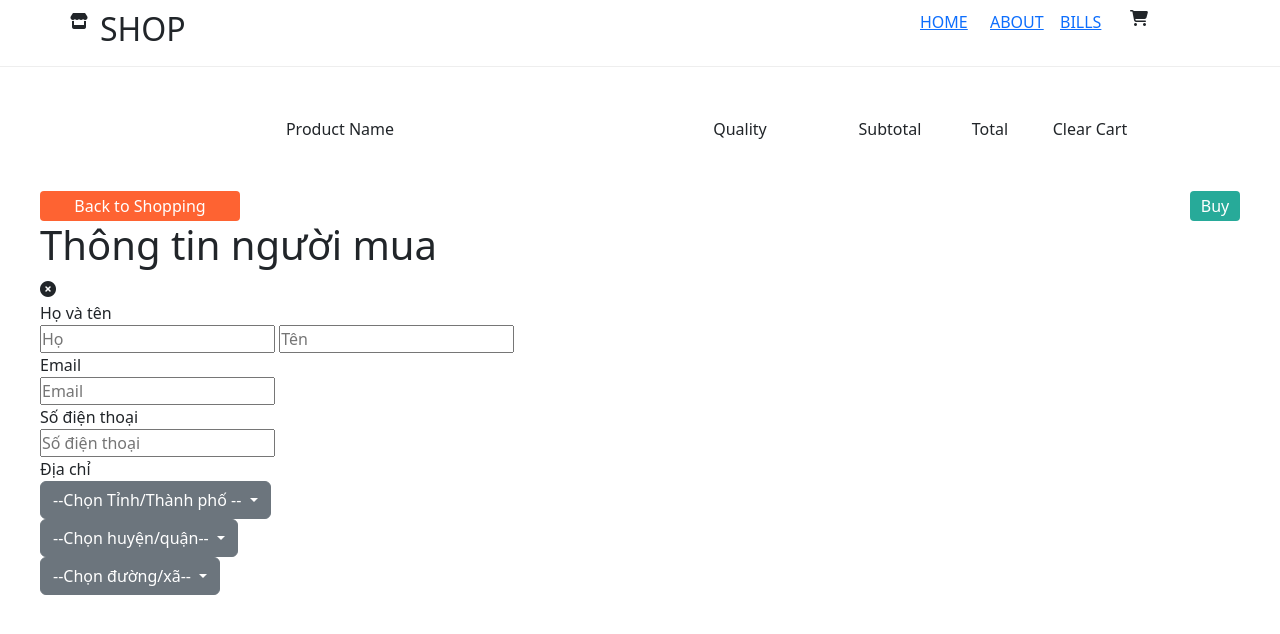
Repository: nguyenhaidang212/danh-sach-ban-hang
Page: index.html
An editor plug-in stored every save of this project. The page is shown before and after the next save, followed by the edit.
The browser window is 1280 px wide. The pictures show the whole page.
Some web libraries are served in a nearby version.

Above is the page before, as saved 2023-02-10 14:38:47.

### index.html
<!DOCTYPE html>
<html lang="en">
  <head>
    <meta charset="UTF-8" />
    <meta http-equiv="X-UA-Compatible" content="IE=edge" />
    <meta name="viewport" content="width=device-width, initial-scale=1.0" />
    <title>Danh sach ban hang</title>
    <link rel="stylesheet" href="style.css" />
    <script
      src="https://kit.fontawesome.com/2568d54abe.js"
      crossorigin="anonymous"
    ></script>
    <link
      href="https://cdn.jsdelivr.net/npm/bootstrap@5.3.0-alpha1/dist/css/bootstrap.min.css"
      rel="stylesheet"
      integrity="sha384-GLhlTQ8iRABdZLl6O3oVMWSktQOp6b7In1Zl3/Jr59b6EGGoI1aFkw7cmDA6j6gD"
      crossorigin="anonymous"
    />
    <script
      src="https://cdn.jsdelivr.net/npm/bootstrap@5.3.0-alpha1/dist/js/bootstrap.bundle.min.js"
      integrity="sha384-w76AqPfDkMBDXo30jS1Sgez6pr3x5MlQ1ZAGC+nuZB+EYdgRZgiwxhTBTkF7CXvN"
      crossorigin="anonymous"
    ></script>
  </head>
  <body>
    <header>
      <div class="header-title">
        <i class="fas fa-store header-icon-title"></i>
        <h2>SHOP</h2>
      </div>
      <div class="header-menu">
        <div class="header-menu-home">
          <a href="">HOME</a>
        </div>
        <div class="header-menu-about">
          <a href="">ABOUT</a>
        </div>
        <div class="header-menu-bill">
          <a href="">BILLS</a>
        </div>
        <i class="fas fa-shopping-cart buy_display"></i>
      </div>
    </header>

    <!-- Trang giao dien -->
    <main class="main_menu" style="display: none">
      <div class="list"></div>
    </main>
    <!-- Trang danh sach -->
    <main class="main_buy">
      <div class="title">
        <span>Product Name</span><span>Quality</span><span>Subtotal</span
        ><span>Total</span><span>Clear Cart</span>
      </div>
      <div class="buy">
        <button id="back">Back to Shopping</button>
        <button id="buy">Buy</button>
      </div>

      <!-- Trang thanh toan -->
      <div class="buy_form">
        <div class="form_title">
          <h1>Thông tin người mua</h1>
          <i class="fa-solid fa-circle-xmark"></i>
        </div>
        <div class="form_content">
          <div class="form_grid">
            <div id="name">Họ và tên</div>
            <input type="text" placeholder="Họ" />
            <input type="text" placeholder="Tên" />
            <div id="email">Email</div>
            <input type="text" placeholder="Email" />
            <div id="phone">Số điện thoại</div>
            <input type="text" placeholder="Số điện thoại" />
            <div id="address">Địa chỉ</div>
            <div class="dropdown">
              <button
                class="btn btn-secondary dropdown-toggle"
                type="button"
                data-bs-toggle="dropdown"
                aria-expanded="false"
              >
                --Chọn Tỉnh/Thành phố --
              </button>
              <ul class="dropdown-menu">
                <li><a class="dropdown-item" href="#">Action</a></li>
                <li><a class="dropdown-item" href="#">Another action</a></li>
                <li>
                  <a class="dropdown-item" href="#">Something else here</a>
                </li>
              </ul>
            </div>
            <div class="dropdown">
              <button
                class="btn btn-secondary dropdown-toggle"
                type="button"
                data-bs-toggle="dropdown"
                aria-expanded="false"
              >
                --Chọn huyện/quận--
              </button>
              <ul class="dropdown-menu">
                <li><a class="dropdown-item" href="#">Action</a></li>
                <li><a class="dropdown-item" href="#">Another action</a></li>
                <li>
                  <a class="dropdown-item" href="#">Something else here</a>
                </li>
              </ul>
            </div>
            <div class="dropdown">
              <button
                class="btn btn-secondary dropdown-toggle"
                type="button"
                data-bs-toggle="dropdown"
                aria-expanded="false"
              >
                --Chọn đường/xã--
              </button>
              <ul class="dropdown-menu">
                <li><a class="dropdown-item" href="#">Action</a></li>
                <li><a class="dropdown-item" href="#">Another action</a></li>
                <li>
                  <a class="dropdown-item" href="#">Something else here</a>
                </li>
              </ul>
            </div>
          </div>
        </div>
      </div>
    </main>
    <script src="main.js"></script>
  </body>
</html>
<!-- <div class="list_buy">
  <div class="buy-name">${e.name}</div>
  <div class="buy-quality">
    <i class="fa-solid fa-minus plus-icon"></i>
    ${e.quality}
    <i class="fa-solid fa-plus minus-icon"></i>
  </div>
  <div class="buy-price">${e.gia}</div>
  <div class="buy-sum">${e.id}</div>
  <div><i class="fa-solid fa-circle-xmark buy-del"></i></div>
</div> -->

### style.css
* {
  padding: 0;
  margin: 0;
  box-sizing: border-box;
}
.form {
  display: inline-grid;
  grid-template-columns: 150px 150px 150px 150px;
  column-gap: 20px;
  row-gap: 20px;
  text-align: center;
  margin-bottom: 20px;
}
header {
  display: flex;
  border-bottom: 1px solid #eee;
  width: 100%;
  padding: 10px 100px 10px;
  justify-content: space-between;
}
.header-title {
  display: flex;
}
h2 {
  font-size: 20px;
}
.header-icon-title {
  position: absolute;
  left: 70px;
  top: 13px;
}
.header-menu {
  display: grid;
  grid-template-columns: 50px 50px 50px 50px;
  column-gap: 20px;
}
a {
  text-decoration: none;
  color: black;
}
main {
  width: 1200px;
  margin: 50px auto;
}
.list {
  display: grid;
  margin: 0 225px;
  grid-template-columns: 180px 180px 180px 180px;
  column-gap: 10px;
  row-gap: 20px;
  text-align: center;
}
.item {
  border: 2px solid #eee;
  position: relative;
}
.item-imgs {
  width: 100%;
  height: 180px;
  display: flex;
  justify-content: center;
  align-items: center;
  margin-bottom: 8px;
  overflow: hidden;
}
.item-img {
  text-align: center;
  width: 100%;
}
.item-title {
  font-size: 20px;
  font-weight: 600;
}
.item-info {
  display: flex;
  justify-content: space-between;
  margin: 5px;
  padding: 0 10px;
  font-size: 12px;
}
.item-icon {
  position: absolute;
  border-radius: 50%;
  width: 30px;
  height: 30px;
  line-height: 30px;
  bottom: 36px;
  right: -4px;
}
.item-add {
  color: #fe6332;
  cursor: pointer;
}
.buy_display {
  cursor: pointer;
}
#back {
  background-color: #fe6332;
  color: white;
  border-radius: 4px;
  width: 200px;
  height: 30px;
  border: none;
  cursor: pointer;
}
#buy {
  background-color: #27aa99;
  color: white;
  border-radius: 4px;
  width: 50px;
  height: 30px;
  border: none;
  cursor: pointer;
}
.title {
  display: grid;
  grid-template-columns: 600px 200px 100px 100px 100px;
  text-align: center;
  margin-bottom: 20px;
}
.list_buy {
  display: flex;
  text-align: center;
  margin-bottom: 12px;
  max-height: 400px;
}
.buy-name {
  width: 600px;
}
.buy-quality {
  width: 200px;
}
.buy-price,
.buy-del,
.buy-sum {
  width: 100px;
}
.buy {
  margin: auto;
  display: flex;
  justify-content: space-between;
  margin-top: 50px;
}
.buy-del {
  color: red;
  cursor: pointer;
}
.plus-icon,
.minus-icon {
  margin: 0 24px;
  cursor: pointer;
  border: 1px solid #eee;
  padding: 4px;
  border-radius: 50%;
}
.plus-icon:hover {
  background-color: #fe6332;
}
.minus-icon:hover {
  background-color: #27aa99;
}

### main.js
const listData = [
  {
    id: 1,
    name: "Quần áo nam",
    so_luong: 100,
    gia: 100,
    src: "https://znews-photo.zadn.vn/w660/Uploaded/ycgmvjvj/2018_03_31/1.jpg",
    quality: 1,
  },
  {
    id: 2,
    name: "Điện thoại",
    so_luong: 200,
    gia: 500,
    src: "https://cdn2.cellphones.com.vn/358x358,webp,q100/media/catalog/product/t/_/t_m_12.png",
    quality: 1,
  },
  {
    id: 3,
    name: "Macbook",
    so_luong: 300,
    gia: 1000,
    src: "https://cdn.tgdd.vn/Products/Images/44/231244/macbook-air-m1-2020-gold-600x600.jpg",
    quality: 1,
  },
  {
    id: 4,
    name: "Máy ảnh",
    so_luong: 400,
    gia: 1200,
    src: "https://www.nguyenkim.com/images/detailed/644/10036326-may-anh-canon-eos-3000d-kit-ef-s-18-55mm-den-1.jpg",
    quality: 1,
  },
  {
    id: 5,
    name: "Đồng hồ",
    so_luong: 500,
    gia: 1400,
    src: "https://cdn1.viettelstore.vn/images/Product/ProductImage/medium/Apple_Watch_SE-Cell-44mm-star1.jpg",
    quality: 1,
  },
  {
    id: 6,
    name: "Giày nam",
    so_luong: 600,
    gia: 1500,
    src: "https://cdn.elly.vn/uploads/2019/08/13121739/giay-nam-cao-cap-da-that-ELLY-EGTM2-5.jpg",
    quality: 1,
  },
  {
    id: 7,
    name: "Tủ lạnh",
    so_luong: 700,
    gia: 1600,
    src: "https://cdn.tgdd.vn/Products/Images/1943/284851/tu-lanh-aqua-inverter-456-lit-aqr-m525xa-fb-600x600.jpg",
    quality: 1,
  },
  {
    id: 8,
    name: "Điều hòa",
    so_luong: 800,
    gia: 1700,
    src: "https://hangdienmaygiare.com/images/products/2020/02/22/large/dieu-hoa-1-chieu-panasonic-n9wkh-8m_1582358300.jpg",
    quality: 1,
  },
  {
    id: 9,
    name: "Máy giặt",
    so_luong: 1000,
    gia: 2000,
    src: "https://hangdienmaygiare.com/images/products/2019/09/03/large/may-giat-electrolux-ewf1042bdwa-10-kg-inverter.jpg",
    quality: 1,
  },
  {
    id: 10,
    name: "Váy đầm nữ",
    so_luong: 2000,
    gia: 300,
    src: "https://luzy.vn/wp-content/uploads/2020/05/LZD10951-18.jpg",
    quality: 1,
  },
  {
    id: 11,
    name: "Mắt kính",
    so_luong: 2100,
    gia: 400,
    src: "https://vn-test-11.slatic.net/p/5e0af4609b84659f759982ac0146f184.jpg_800x800q100.jpg_600x600Q100.jpg",
    quality: 1,
  },
  {
    id: 12,
    name: "Thắt lưng da",
    so_luong: 200,
    gia: 200,
    src: "https://hoianleather.com/wp-content/uploads/2021/04/That-lung-da-bo-that-danh-cho-nam-2.jpg",
    quality: 1,
  },
];
const keyLocalStorageListSP = "DANHSACHSP";
const keyLocalStorageItemCart = "DANHSACHITEMCART";
const listItem = document.querySelector(".list");
const $ = document.body;

localStorage.setItem(keyLocalStorageListSP, JSON.stringify(listData));
const item = JSON.parse(localStorage.getItem(keyLocalStorageListSP));
item.forEach((value) => {
  const template = `<div class="item">
  <div class="item-imgs">
    <img src="${value.src}" alt="" class="item-img"/>
  </div>
  <div class="item-icon"><i class="fa-solid fa-cart-plus item-add"></i></div>
  <div class="item-title">${value.name}</div>
  <div class="item-info">
    <div class="item-price">Giá: ${value.gia}</div>
    <div class="item-quality">Số lượng: ${value.so_luong}</div>
  </div>
</div>`;
  listItem.insertAdjacentHTML("beforeend", template);
});
const itemAdd = document.querySelectorAll(".item-add");
const arrayItemAdd = [];
const mainMenu = document.querySelector(".main_menu");
const mainBuy = document.querySelector(".main_buy");
const buyDiplay = document.querySelector(".buy");
const delItem = document.querySelector(".buy-del");
$.addEventListener("click", (e) => {
  //-----Chuyen trang-----
  if (e.target.matches(".buy_display")) {
    const listItem = JSON.parse(localStorage.getItem(keyLocalStorageItemCart));
    mainMenu.style.display = "none";
    mainBuy.style.display = "block";
    displayItem(listItem);
  }
  if (e.target.matches("#back")) {
    mainMenu.style.display = "block";
    mainBuy.style.display = "none";
    const back = document.querySelector("#back");
    document.querySelectorAll(".list_buy").forEach((e) => {
      e.remove();
    });
  }
  if (e.target.matches("#buy")) {
    // $.style.display = "none";
  }
  //-----Add Item-----
  if (e.target.matches(".item-add")) {
    addItem(e.target);
  }
  //-----Del Item-----
  if (e.target.matches(".buy-del")) {
    const itemDelName =
      e.target.parentNode.previousElementSibling.previousElementSibling
        .previousElementSibling.previousElementSibling;
    delItemBuy(itemDelName);
  }
  //-----Increase/Decrease Item----
  if (e.target.matches(".plus-icon")) {
    const listItem = JSON.parse(localStorage.getItem(keyLocalStorageItemCart));
    listItem.forEach((value) => {
      if (
        value.name == e.target.parentNode.previousElementSibling.textContent
      ) {
        value.soluong++;
      }
    });
    localStorage.setItem(keyLocalStorageItemCart, JSON.stringify(listItem));
    console.log(listItem);
    const listBuy = document.querySelectorAll(".list_buy");
    listBuy.forEach((e) => {
      e.remove();
    });
    displayItem(listItem);
  }
  if (e.target.matches(".minus-icon")) {
    const listItem = JSON.parse(localStorage.getItem(keyLocalStorageItemCart));
    listItem.forEach((value, i) => {
      if (
        value.name == e.target.parentNode.previousElementSibling.textContent
      ) {
        value.soluong--;
        if (value.soluong == 0) {
          listItem.splice(i, 1);
        }
      }
    });
    console.log(listItem);
    localStorage.setItem(keyLocalStorageItemCart, JSON.stringify(listItem));
    const listBuy = document.querySelectorAll(".list_buy");
    listBuy.forEach((e) => {
      e.remove();
    });
    displayItem(listItem);
  }
});

// // -----Them san pham-----
function addItem(value) {
  item.forEach((e) => {
    if (e.name == value.parentNode.nextElementSibling.textContent) {
      const object = {
        id: e.id,
        soluong: e.quality,
        name: e.name,
        price: e.gia,
      };
      arrayItemAdd.forEach((e, i) => {
        if (object.id == e.id) {
          object.soluong = e.soluong + 1;
          arrayItemAdd.splice(i, 1);
        }
      });
      arrayItemAdd.push(object);
    }
  });
  localStorage.setItem(keyLocalStorageItemCart, JSON.stringify(arrayItemAdd));
}

// //-----Hien thi san pham da mua-----
function displayItem(arr) {
  arr.forEach((e) => {
    item.forEach((value) => {
      if (value.id == e.id) {
        const price = Number(e.price) * Number(e.soluong);
        buyDiplay.insertAdjacentHTML(
          "beforebegin",
          `<div class="list_buy">
        <div class="buy-name">${value.name}</div>
        <div class="buy-quality">
        <i class="fa-solid fa-minus minus-icon"></i>
        ${e.soluong}
        <i class="fa-solid fa-plus plus-icon"></i>
        </div>
        <div class="buy-price">${value.gia}</div>
        <div class="buy-sum">${price}</div>
        <div><i class="fa-solid fa-circle-xmark buy-del"></i></div>
      </div>`
        );
      }
    });
  });
}

// //-----Xoa san pham-----
function delItemBuy(name) {
  name.parentNode.remove();
  arrayItemAdd.forEach((e, i) => {
    if (e.name == name.textContent) {
      arrayItemAdd.splice(i, 1);
    }
  });
  localStorage.setItem(keyLocalStorageItemCart, JSON.stringify(arrayItemAdd));
}
// localStorage.clear();

After the next save:
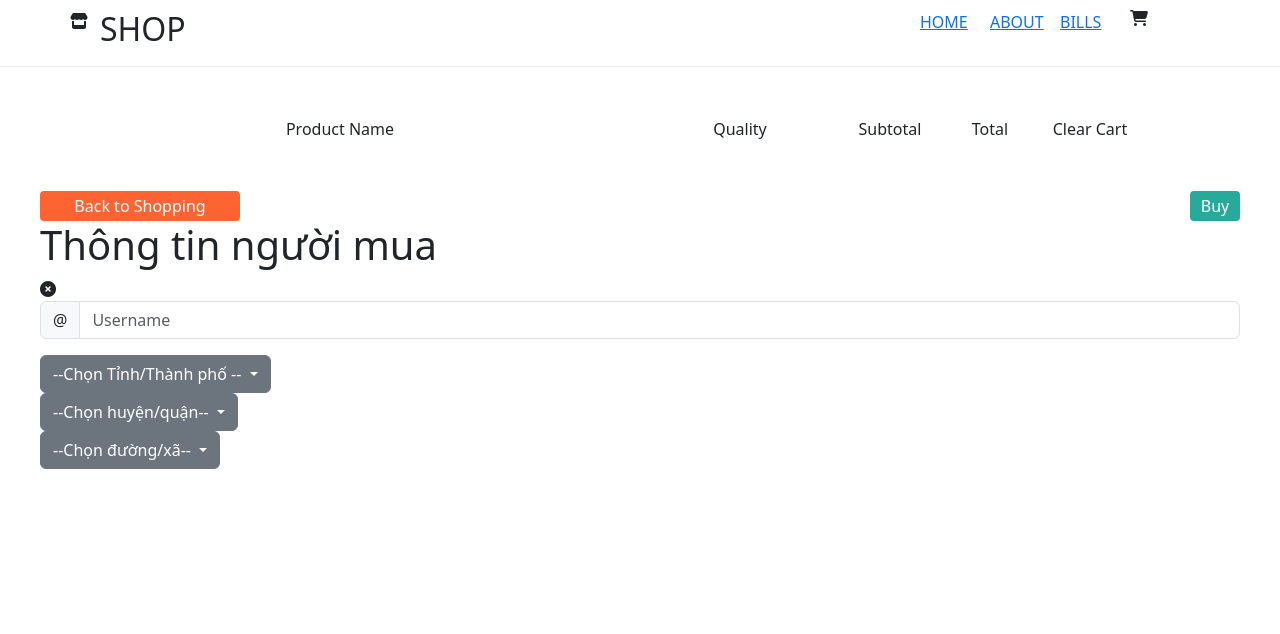
Saved 44 s later.
--- a/index.html
+++ b/index.html
@@ -65,14 +65,24 @@
         </div>
         <div class="form_content">
           <div class="form_grid">
-            <div id="name">Họ và tên</div>
+            <!-- <div id="name">Họ và tên</div>
             <input type="text" placeholder="Họ" />
             <input type="text" placeholder="Tên" />
             <div id="email">Email</div>
             <input type="text" placeholder="Email" />
             <div id="phone">Số điện thoại</div>
             <input type="text" placeholder="Số điện thoại" />
-            <div id="address">Địa chỉ</div>
+            <div id="address">Địa chỉ</div> -->
+            <div class="input-group mb-3">
+              <span class="input-group-text" id="basic-addon1">@</span>
+              <input
+                type="text"
+                class="form-control"
+                placeholder="Username"
+                aria-label="Username"
+                aria-describedby="basic-addon1"
+              />
+            </div>
             <div class="dropdown">
               <button
                 class="btn btn-secondary dropdown-toggle"
